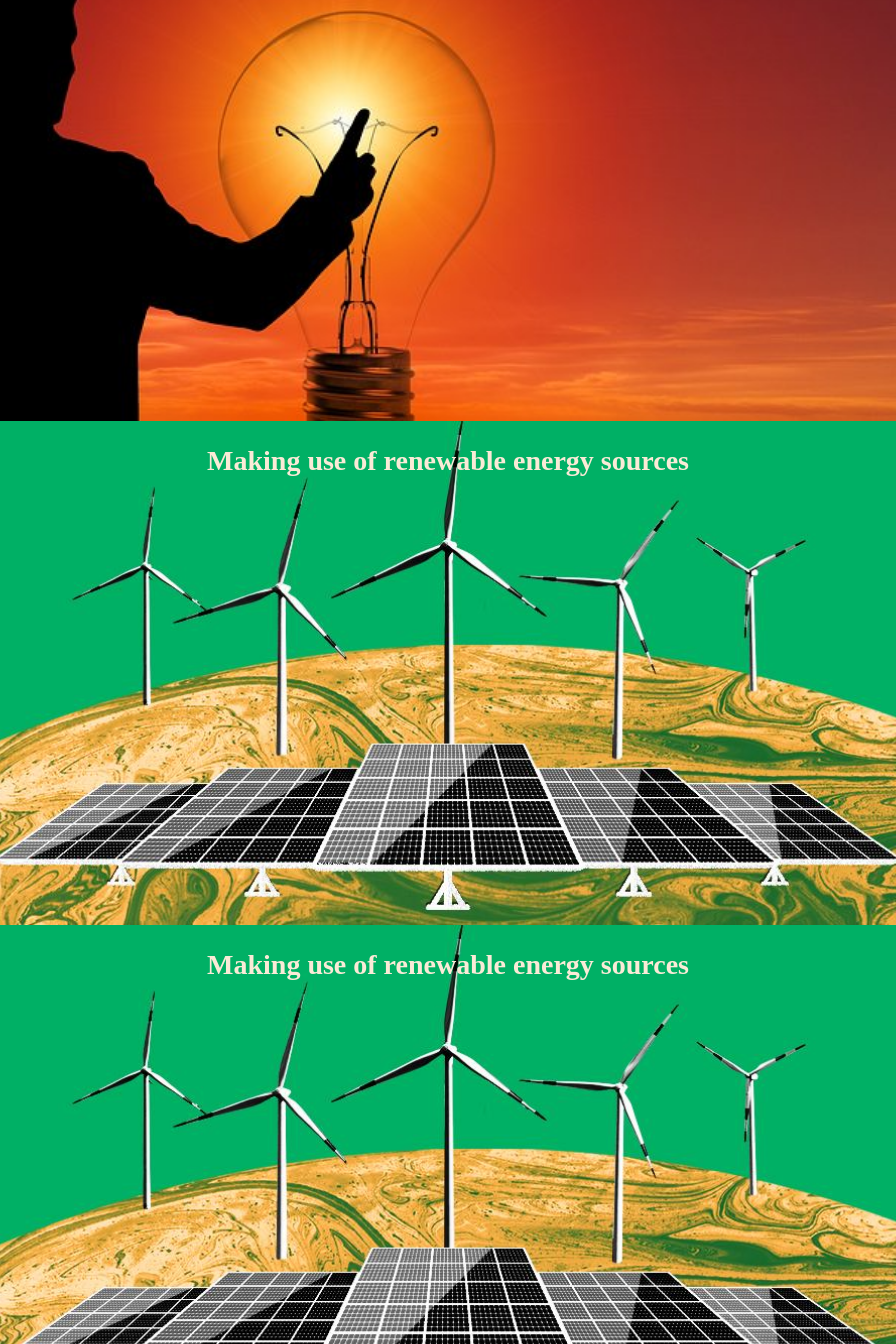
Repository: NavinDayanithi/static-web-design-competition
Page: index.html
The author's editor kept a copy of each file at every save. The page is drawn from the files as they stood at one save, then again after the next save.
The browser window is 1280 px wide. The pictures show the part of the page from y = 1639 to 3559 px (the page is 4400 px tall), at 70% of full size.
Backgrounds fixed to the window are drawn as part of the page.

Above is the page before, as saved 2023-04-28 20:22:47.

### index.html
<!DOCTYPE html>
<html lang="en">
<head>
  <title>POWERING CLIMATE </title>
  <link rel="stylesheet" href="styles.css">
</head>
<body>
    <h1 >POWERING A CLIMATE FOR SAFER FUTURE</h1>
    <div class="box1">
        <h2>Making use of renewable energy sources</h2>
    </div>
    <div class="box2">
        <h2>Planting more trees</h2>
    </div>
    <div class="box3">
        <h2>Gaining natural source of energy</h2>
    </div>
    <div class="box4">
        <h2>Making use of renewable energy sources</h2>
    </div>
    <div class="box5">
        <h2>Making use of renewable energy sources</h2>
    </div>
    <div class="box6">
        <h2>Making use of renewable energy sources</h2>
    </div>
</body>
</html>

### styles.css

h1
{
    text-align:center;
    color:rgb(19, 20, 20);
    background-color: rgb(181, 191, 195);

}
h2{
    text-align: center;
    color: antiquewhite;
    font-size:40px;
}

 body{
    margin: 0;
    padding: 0;
    /* background-color: blue; */
}
head{
    text-align: center;
}

.box1{
    height: 100vh;
    width:100%;
    background-image: url(img1.jpg);
    background-size: cover;
    background-position: center;
    display: table;
    background-attachment: fixed;
}

.box2{
    height: 100vh;
    width:100%;
    background-image: url(img2.jpg);
    background-size: cover;
    background-position: center;
    display: table;
    background-attachment: fixed;
}

.box3{
    height: 100vh;
    width:100%;
    background-image: url(img3.jpg);
    background-size:cover;
    display: table;
    background-attachment: fixed;

}


.box4{
    height: 100vh;
    width:100%;
    background-image: url(img1.jpg);
    background-size: cover;
    background-position: center;
    display: table;
    background-attachment: fixed;
}

.box5{
    height: 100vh;
    width:100%;
    background-image: url(img1.jpg);
    background-size: cover;
    background-position: center;
    display: table;
    background-attachment: fixed;
}

.box6{
    height: 100vh;
    width:100%;
    background-image: url(img1.jpg);
    background-size: cover;
    background-position: center;
    display: table;
    background-attachment: fixed;
}

After the next save:
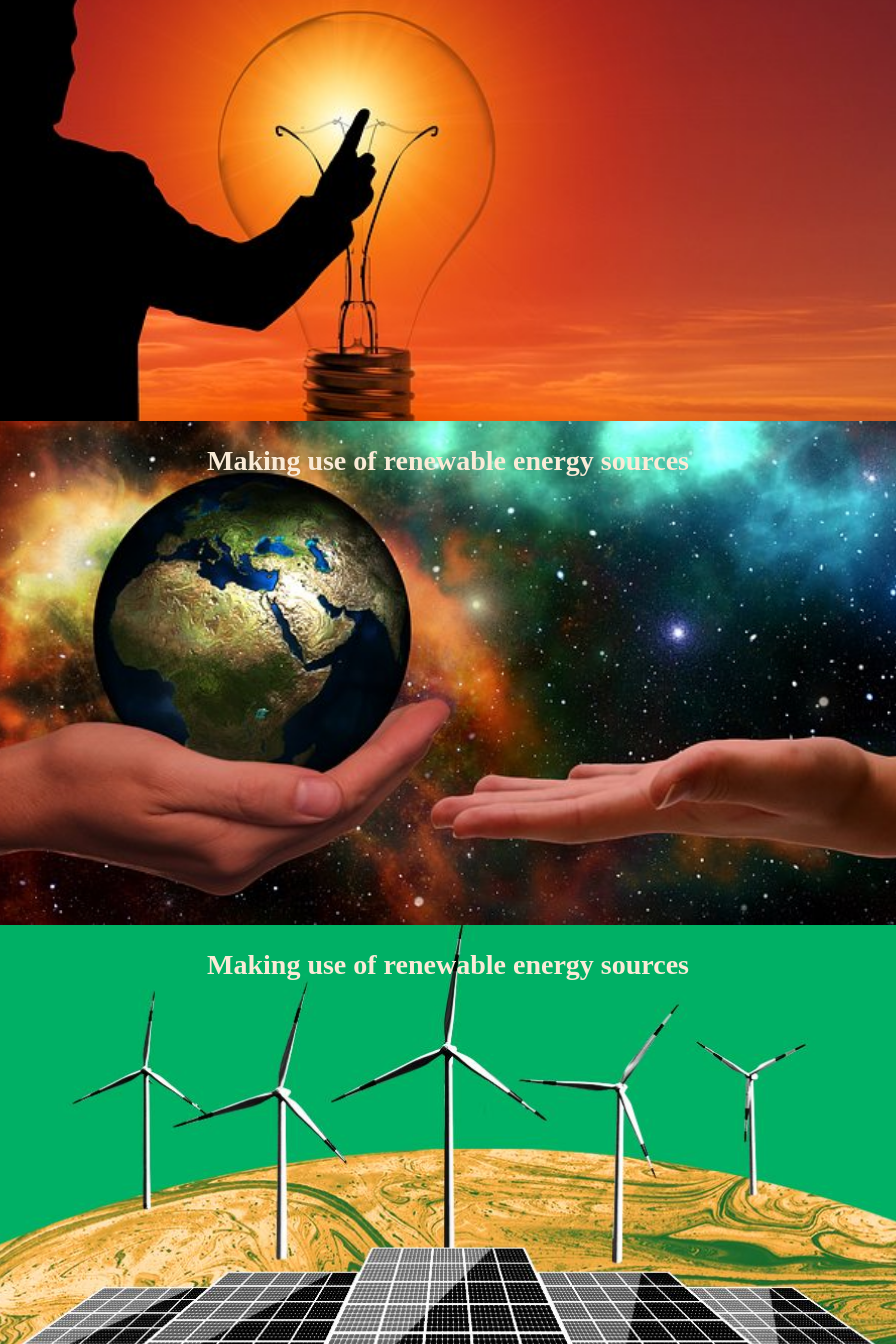
Saved 4 min 0 s later.
--- a/styles.css
+++ b/styles.css
@@ -55,7 +55,7 @@ head{
 .box4{
     height: 100vh;
     width:100%;
-    background-image: url(img1.jpg);
+    background-image: url(img4.jpg);
     background-size: cover;
     background-position: center;
     display: table;
